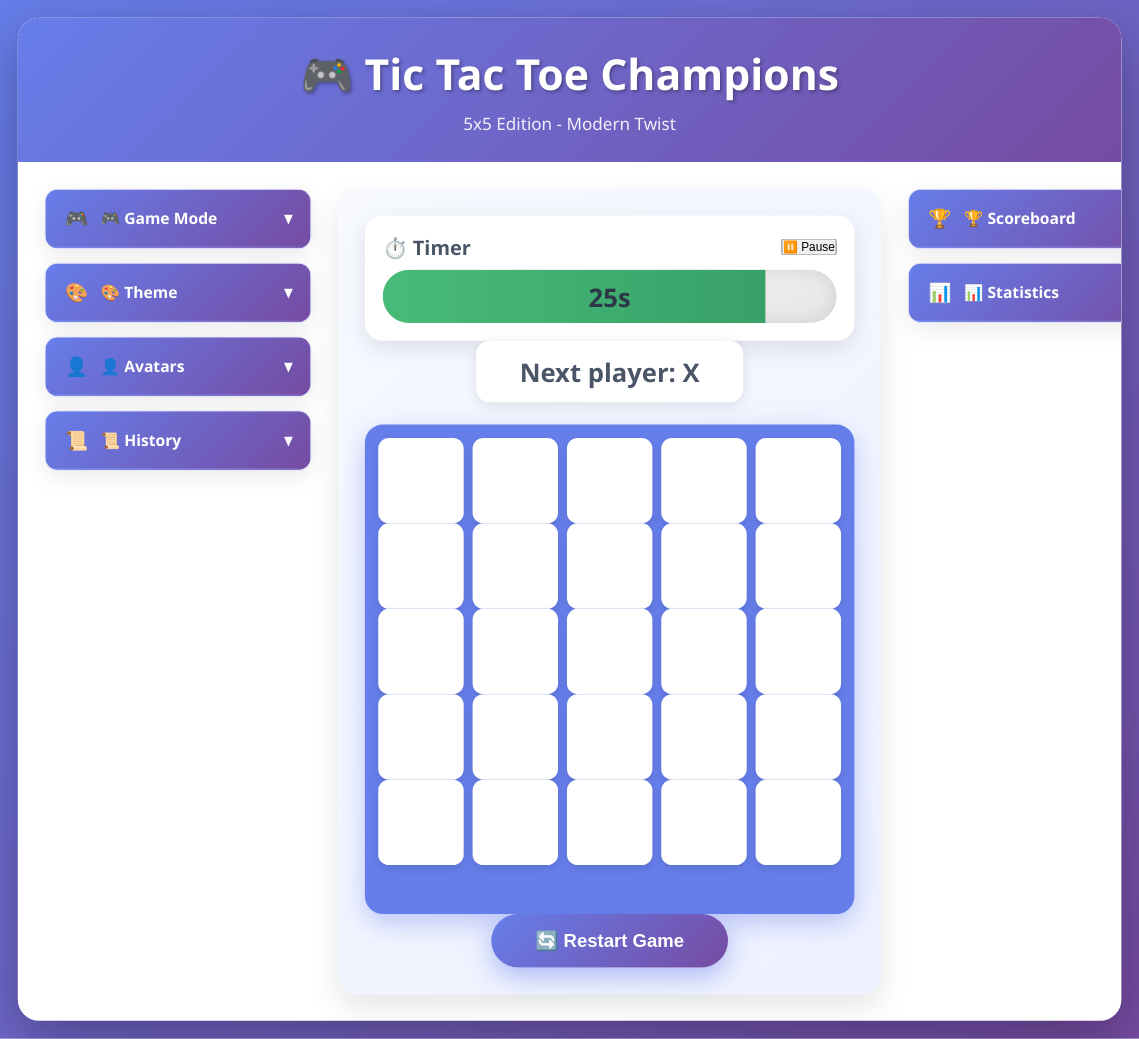
Repository: sofia123776/TIC-TAC-TOE
Page: /
These files come from the project's save history. The page is drawn as it stood at one moment and after the next save; the edit follows.
The browser window is 1280 px wide. The pictures show the whole page, at 89% of full size.
The project was rebuilt for these pictures with package versions that can differ from the ones it lists, and the page was loaded fresh each time. Also part of the build but not shown: vite.config.js.

Above is the page before, as saved 2025-12-09 17:59:10.

After the next save:
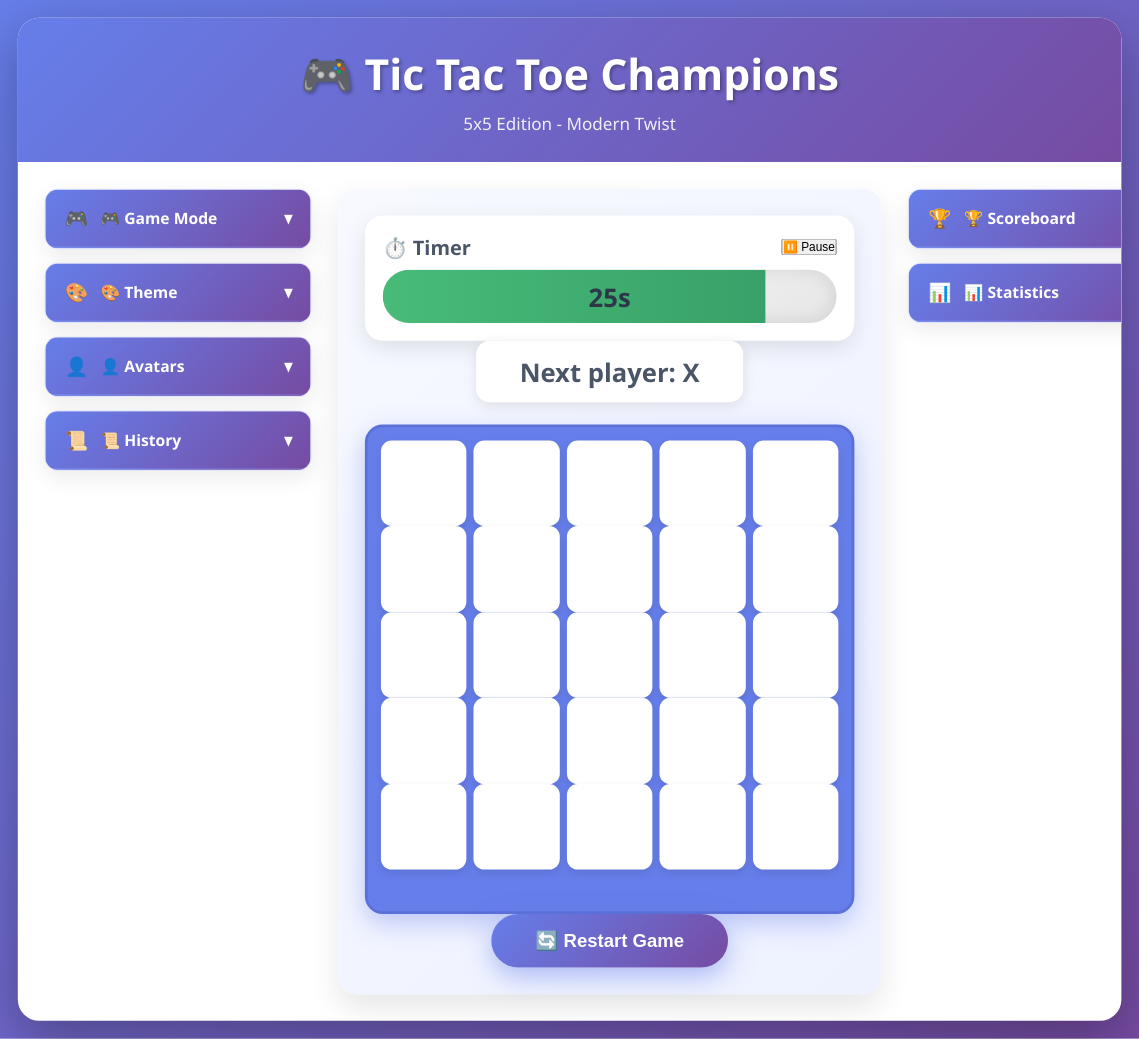
Saved 10 min 54 s later.
--- a/src/App.css
+++ b/src/App.css
@@ -484,13 +484,14 @@ body {
   display: grid;
   grid-template-columns: repeat(5, 1fr);
   grid-template-rows: repeat(5, 1fr);
-  gap: 10px;
+  gap: 8px;
   background: #667eea;
   padding: 15px;
   border-radius: 20px;
   box-shadow: 0 10px 30px rgba(102, 126, 234, 0.4);
   width: 550px;
   height: 550px;
+  border: 3px solid #5a6fd8;
 }
 
 .square {
